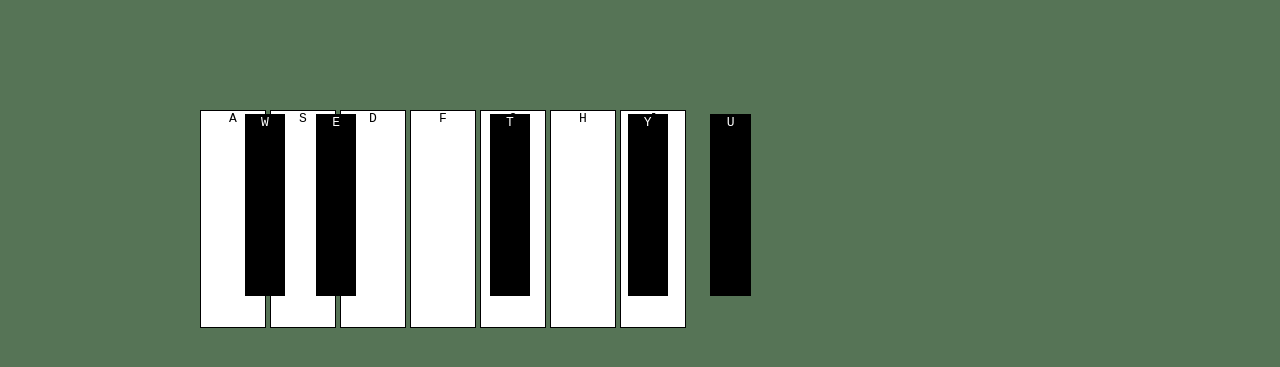
Repository: ctcoleman/Virtual-Piano
Page: index.html
The author's editor kept a copy of each file at every save. The page is drawn from the files as they stood at one save, then again after a run of saves.
The browser window is 1280 px wide. The pictures show the whole page.

Above is the page before, as saved 2020-07-20 09:28:17.

After the next 3 saves:
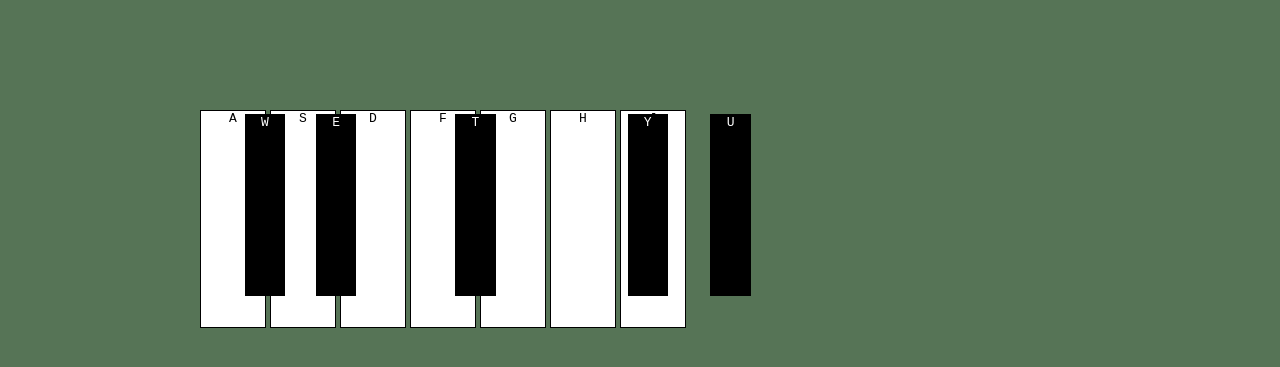
The 3 saves are shown as one change because they came seconds apart.
The last was saved 7 s later.
--- a/index.css
+++ b/index.css
@@ -57,7 +57,7 @@ html {
     left: 5.6vw;
 }
 #KeyT {
-    left: 15.7vw;
+    left: 13vw;
 }
 #KeyY {
     left: 23vw;
